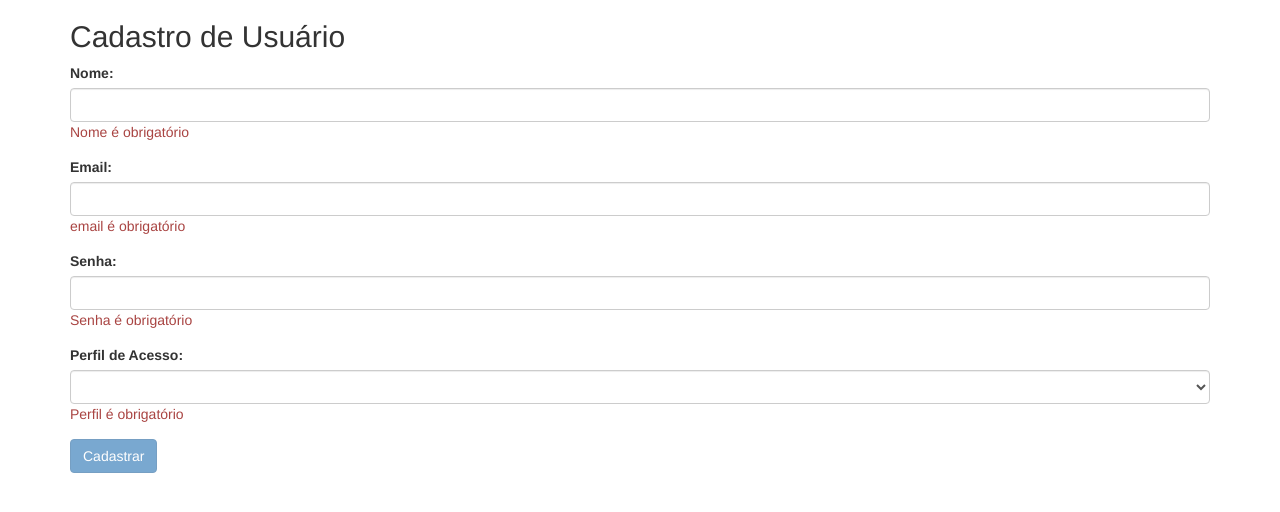
Repository: AndersonSchinemann/ProjetoSaas
Page: TopData/src/main/resources/static/views/cadastro.html
An editor plug-in stored every save of this project. The page is shown before and after the next save, followed by the edit.
The browser window is 1280 px wide. The pictures show the whole page.

Above is the page before, as saved 2023-11-13 14:52:56.

After the next save:
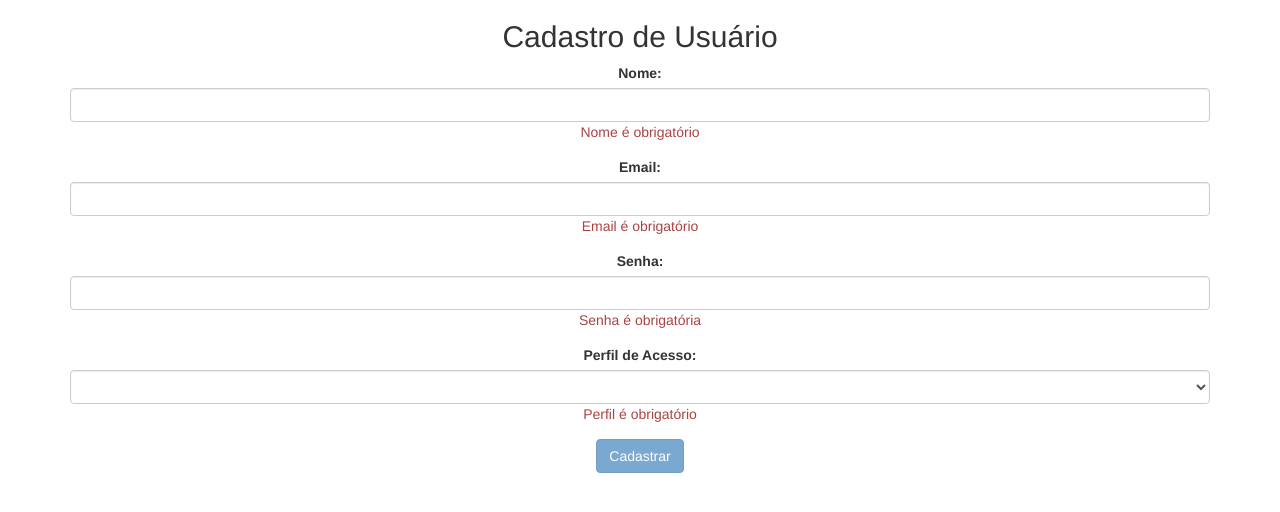
Saved 2 min 33 s later.
--- a/TopData/src/main/resources/static/views/cadastro.html
+++ b/TopData/src/main/resources/static/views/cadastro.html
@@ -9,30 +9,27 @@
 <!-- Seus scripts Angular -->
 <script src="js/controllerCad.js"></script>
 
-<div class="container" ng-app="CadastroApp" ng-controller="CadastroController" class="row justify-content-center">
+<div class="container text-center" ng-app="CadastroApp" ng-controller="CadastroController">
   <h2>Cadastro de Usuário</h2>
 
   <form name="formulario" ng-app>
-  	<div class="form-group">
-        <label for="nome">Nome:</label>
-        <input type="text" class="form-control" id="nome" ng-model="usuario.nome" name="nome" required>
-         <span ng-class="{'text-danger': formulario.nome.$error.required}" ng-show="formulario.nome.$error.required">Nome é obrigatório</span>
-
+    <div class="form-group">
+      <label for="nome">Nome:</label>
+      <input type="text" class="form-control" id="nome" ng-model="usuario.nome" name="nome" required>
+      <span ng-class="{'text-danger': formulario.nome.$error.required}" ng-show="formulario.nome.$error.required">Nome é obrigatório</span>
     </div>
 
     <div class="form-group">
       <label for="email">Email:</label>
       <input type="email" class="form-control" id="email" ng-model="usuario.email" name="email" required>
-     <span ng-class="{'text-danger': formulario.email.$error.required} "ng-show="formulario.email.$error.required">email é obrigatório</span>
-     <span ng-class="{'text-danger': formulario.email.$error.email}" ng-show="formulario.email.$error.email">
- 			E-mail inválido
- 	</span>
+      <span ng-class="{'text-danger': formulario.email.$error.required}" ng-show="formulario.email.$error.required">Email é obrigatório</span>
+      <span ng-class="{'text-danger': formulario.email.$error.email}" ng-show="formulario.email.$error.email">E-mail inválido</span>
     </div>
 
     <div class="form-group">
       <label for="senha">Senha:</label>
       <input type="password" class="form-control" id="senha" ng-model="usuario.senha" name="senha" required>
-      <span ng-class="{'text-danger': formulario.senha.$error.required}" ng-show="formulario.senha.$error.required">Senha é obrigatório</span>
+      <span ng-class="{'text-danger': formulario.senha.$error.required}" ng-show="formulario.senha.$error.required">Senha é obrigatória</span>
     </div>
 
     <div class="form-group">
